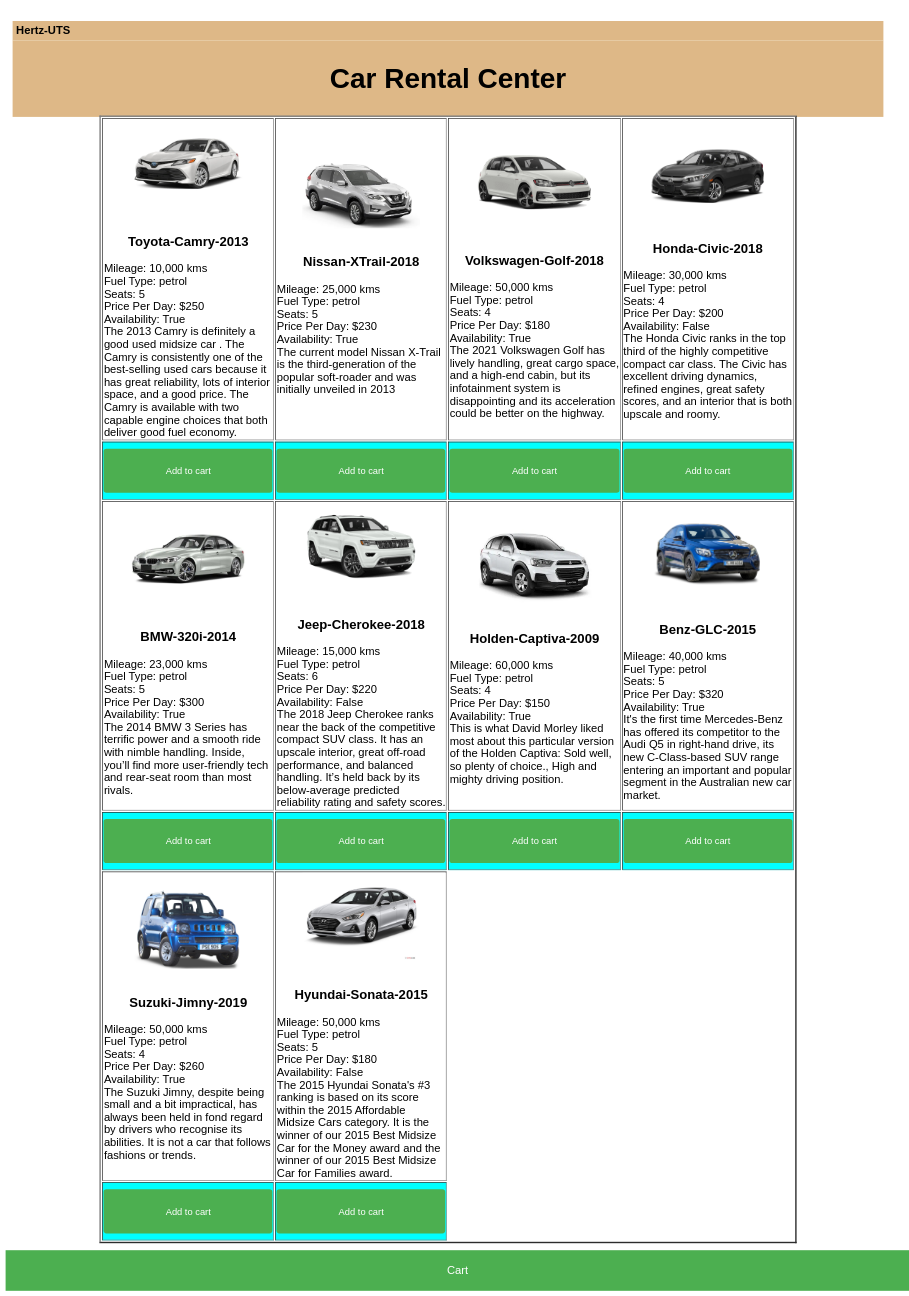
Repository: ThawZin-Raymond/31748-POTI-Car-Rental-System
Page: http://localhost/
The author's editor kept a record of every edit. The page is drawn from the files as they stood at one moment, then again after the next edit.
The browser window is 1280 px wide. The page is 1299 px wide, so the pictures cover 1299 px, including what lies to the right of the window. The pictures show the whole page, at 70% of full size.
The page is run by PHP 8.4 with error messages shown; the project is at /var/www/html/.

Above is the page before.

### index.php
<?php
session_start();
if(!isset($_SESSION['shoppingcart'])){
	$_SESSION['shoppingcart']=0;
	$_SESSION['count']=0;
}
?>

<!DOCTYPE html>
<html>
	<head>
		<script type="text/javascript" src="my.js"></script>
		<title>Car Rental Shop</title>

		<link rel = "stylesheet" href = "mystyle.css">

	</head>

	<body>
		<div class="top_bar">
			<div class="header_bar">
				<div class="header">
					<b>Hertz-UTS</b>
				</div>
				<div align="center" class="header">
					<h1>Car Rental Center</h1>
				</div>

			</div>
		</div>

		<div class="main_body">
			<table class="main_table" align ="center" border="2" width="80%">
				<tr>
					<td class="image_details">
						<img border="0" src="images/Camry.jpg" class="img"><br>
						<h3><a class="title">Toyota-Camry-2013</a></h3>
						<a class="category">Mileage: 10,000 kms</a><br>
						<a class="category">Fuel Type: petrol</a><br>
						<a class="category">Seats: 5</a><br>
						<a class="category">Price Per Day: $250</a><br>
						<a class="category">Availability: True</a><br>
						<a class="category"> The 2013 Camry is definitely a good used midsize car . The Camry is consistently one of the best-selling used cars because it has great reliability, lots of interior space, and a good price. The Camry is available with two capable engine choices that both deliver good fuel economy.</a>

						</td>

					<td  class="image_details" >
						<img border="0" src="images/X-trail.jpg" class="img"><br>
						<h3><a class="title">Nissan-XTrail-2018</a></h3>
						<a class="category">Mileage: 25,000 kms</a><br>
						<a class="category">Fuel Type: petrol</a><br>
						<a class="category">Seats: 5</a><br>
						<a class="category">Price Per Day: $230</a><br>
						<a class="category">Availability: True</a><br>
						<a class="category">The current model Nissan X-Trail is the third-generation of the popular soft-roader and was initially unveiled in 2013</a>
						</td>
					<td class="image_details" >
						<img border="0" src="images/Golf.jpg" class="img"><br>
						<h3><a class="title">Volkswagen-Golf-2018</a></h3>
						<a class="category">Mileage: 50,000 kms</a><br>
						<a class="category">Fuel Type: petrol</a><br>
						<a class="category">Seats: 4</a><br>
						<a class="category">Price Per Day: $180</a><br>
						<a class="category">Availability: True</a><br>
						<a class="category">The 2021 Volkswagen Golf has lively handling, great cargo space, and a high-end cabin, but its infotainment system is disappointing and its acceleration could be better on the highway.</a>
						</td>
					<td class="image_details" >
						<img border="0" src="images/Civic.jpg" class="img"><br>

						<h3><a class="title">Honda-Civic-2018</a></h3>
						<a class="category">Mileage: 30,000 kms</a><br>
						<a class="category">Fuel Type: petrol</a><br>
						<a class="category">Seats: 4</a><br>
						<a class="category">Price Per Day: $200</a><br>
						<a class="category">Availability: False</a><br>
						<a class="category">The Honda Civic ranks in the top third of the highly competitive compact car class. The Civic has excellent driving dynamics, refined engines, great safety scores, and an interior that is both upscale and roomy.</a></td>

						</td>
				<tr>
					<td class="addtocart_td" align="center">
						<form method="POST" action = cart.php onsubmit = "return ValidateAvailability()">
						<input type="hidden" id="ava[0]" name="ava" value="true">
						<input type="hidden" id="Model_year" name="Model_year" value="2013">
						<input type="hidden" id="Brand" name="Brand" value="Toyota">
						<input type="hidden" id="Model" name="Model" value="Camry">
						<input type="hidden" id="Price_per_day" name="Price_per_day" value="250">
						<input type="submit" id="Addcart" name="submit" value="Add to cart"></form>
					</td>
					<td class="addtocart_td" align="center">
						<form method="POST" action = cart.php onsubmit = "return ValidateAvailability1()">
						<input type="hidden" id="ava[1]" name="ava" value="true">
						<input type="hidden" id="Model_year" name="Model_year" value="2018">
						<input type="hidden" id="Brand" name="Brand" value="Nissan">
						<input type="hidden" id="Model" name="Model" value="X-trail">
						<input type="hidden" id="Price_per_day" name="Price_per_day" value="230">
						<input type="submit" id="Addcart" name="submit" value="Add to cart"></form>
					</td>
					<td class="addtocart_td" align="center">
						<form method="POST" action = cart.php onsubmit = "return ValidateAvailability2()">
						<input type="hidden" id="ava[2]" name="ava" value="true">
						<input type="hidden" id="Model_year" name="Model_year" value="2018">
						<input type="hidden" id="Brand" name="Brand" value="Volkswagen">
						<input type="hidden" id="Model" name="Model" value="Golf">
						<input type="hidden" id="Price_per_day" name="Price_per_day" value="180">
						<input type="submit" id="Addcart" name="submit" value="Add to cart"></form>
					</td>
					<td class="addtocart_td" align="center">
						<form method="POST" action = cart.php onsubmit = "return ValidateAvailability3()">
						<input type="hidden" id="ava[3]" name="ava" value="false">
						<input type="hidden" id="Model_year" name="Model_year" value="2018">
						<input type="hidden" id="Brand" name="Brand" value="Honda">
						<input type="hidden" id="Model" name="Model" value="Civic">
						<input type="hidden" id="Price_per_day" name="Price_per_day" value="200">
						<input type="submit" id="Addcart" name="submit" value="Add to cart"></form>
					</td>
				</tr>
				</tr>
					<td class="image_details" >
						<img border="0" src="images/320i.jpg" class="img"><br>
						<h3><a class="title">BMW-320i-2014</a></h3>
						<a class="category">Mileage: 23,000 kms</a><br>
						<a class="category">Fuel Type: petrol</a><br>
						<a class="category">Seats: 5</a><br>
						<a class="category">Price Per Day: $300</a><br>
						<a class="category">Availability: True</a><br>
						<a class="category"> The 2014 BMW 3 Series has terrific power and a smooth ride with nimble handling. Inside, you’ll find more user-friendly tech and rear-seat room than most rivals.</a>

					</td>
					<td class="image_details" >
						<img border="0" src="images/Cherokee.jpg" class="img"><br>
						<h3><a class="title">Jeep-Cherokee-2018</a></h3>
						<a class="category">Mileage: 15,000 kms</a><br>
						<a class="category">Fuel Type: petrol</a><br>
						<a class="category">Seats: 6</a><br>
						<a class="category">Price Per Day: $220</a><br>
						<a class="category">Availability: False</a><br>
						<a class="category">The 2018 Jeep Cherokee ranks near the back of the competitive compact SUV class. It has an upscale interior, great off-road performance, and balanced handling. It’s held back by its below-average predicted reliability rating and safety scores.</a>

					</td>
					<td class="image_details" >
						<img border="0" src="images/Captiva.jpg" class="img"><br>
						<h3><a class="title">Holden-Captiva-2009</a></h3>
						<a class="category">Mileage: 60,000 kms</a><br>
						<a class="category">Fuel Type: petrol</a><br>
						<a class="category">Seats: 4</a><br>
						<a class="category">Price Per Day: $150</a><br>
						<a class="category">Availability: True</a><br>
						<a class="category">This is what David Morley liked most about this particular version of the Holden Captiva: Sold well, so plenty of choice., High and mighty driving position.</a>
					</td>
					<td class="image_details" >
						<img border="0" src="images/GLC.jpg" class="img"><br>
						<h3><a class="title">Benz-GLC-2015</a></h3>
						<a class="category">Mileage: 40,000 kms</a><br>
						<a class="category">Fuel Type: petrol</a><br>
						<a class="category">Seats: 5</a><br>
						<a class="category">Price Per Day: $320</a><br>
						<a class="category">Availability: True</a><br>
						<a class="category">It's the first time Mercedes-Benz has offered its competitor to the Audi Q5 in right-hand drive, its new C-Class-based SUV range entering an important and popular segment in the Australian new car market.</a>

					</td>
				<tr>
					<td class="addtocart_td" align="center">
						<form method="POST" action="cart.php" onsubmit="return ValidateAvailability4();">
						<input type="hidden" id="ava[4]" name="ava" value="true">
						<input type="hidden" id="Model_year" name="Model_year" value="2014">
						<input type="hidden" id="Brand" name="Brand" value="BMW">
						<input type="hidden" id="Model" name="Model" value="320i">
						<input type="hidden" id="Price_per_day" name="Price_per_day" value="300">

						<input type="submit" id="submit" name="submit" value="Add to cart">
						</form>
					</td>
					<td class="addtocart_td" align="center">
						<form method="POST" action = cart.php onsubmit = "return ValidateAvailability5()">
						<input type="hidden" id="ava[5]" name="ava" value="false">
						<input type="hidden" id="Model_year" name="Model_year" value="2018">
						<input type="hidden" id="Brand" name="Brand" value="Jeep">
						<input type="hidden" id="Model" name="Model" value="Cherokee">
						<input type="hidden" id="Price_per_day" name="Price_per_day" value="220">
						<input type="submit" id="Addcart" name="submit" value="Add to cart">
						</form>
					</td>
					<td class="addtocart_td" align="center">
						<form method="POST" action = cart.php onsubmit = "return ValidateAvailability6()">
						<input type="hidden" id="ava[6]" name="ava" value="true">
						<input type="hidden" id="Model_year" name="Model_year" value="2009">
						<input type="hidden" id="Brand" name="Brand" value="Holden">
						<input type="hidden" id="Model" name="Model" value="Captiva">
						<input type="hidden" id="Price_per_day" name="Price_per_day" value="150">
						<input type="submit" id="Addcart" name="submit" value="Add to cart">
						</form>
					</td>
					<td class="addtocart_td" align="center">
						<form method="POST" action = cart.php onsubmit = "return ValidateAvailability7()">
						<input type="hidden" id="ava[7]" name="ava" value="true">
						<input type="hidden" id="Model_year" name="Model_year" value="2015">
						<input type="hidden" id="Brand" name="Brand" value="Benz">
						<input type="hidden" id="Model" name="Model" value="GLC">
						<input type="hidden" id="Price_per_day" name="Price_per_day" value="320">
						<input type="submit" id="Addcart" name="submit" value="Add to cart"></form>
					</td>

				</tr>
				<tr>
					<td class="image_details" >
						<img border="0" src="images/Jimny.jpg" class="img"><br>
						<h3><a class="title">Suzuki-Jimny-2019</a></h3>
						<a class="category">Mileage: 50,000 kms</a><br>
						<a class="category">Fuel Type: petrol</a><br>
						<a class="category">Seats: 4</a><br>
						<a class="category">Price Per Day: $260</a><br>
						<a class="category">Availability: True</a><br>
						<a class="category"> The Suzuki Jimny, despite being small and a bit impractical, has always been held in fond regard by drivers who recognise its abilities. It is not a car that follows fashions or trends.</a>
					</td>
					<td class="image_details" >
						<img border="0" src="images/Sonata.jpg" class="img"><br>
						<h3><a class="title">Hyundai-Sonata-2015</a></h3>
						<a class="category">Mileage: 50,000 kms</a><br>
						<a class="category">Fuel Type: petrol</a><br>
						<a class="category">Seats: 5</a><br>
						<a class="category">Price Per Day: $180</a><br>
						<a class="category">Availability: False</a><br>
						<a class="category">The 2015 Hyundai Sonata's #3 ranking is based on its score within the 2015 Affordable Midsize Cars category. It is the winner of our 2015 Best Midsize Car for the Money award and the winner of our 2015 Best Midsize Car for Families award.</a>

					</td>
				</tr>
				<tr >
					<td class="addtocart_td" align="center">
						<form method="POST" action = cart.php onsubmit = "return ValidateAvailability8()">
						<input type="hidden" id="ava[8]" name="ava" value="true">
						<input type="hidden" id="Model_year" name="Model_year" value="2019">
						<input type="hidden" id="Brand" name="Brand" value="Suzuki">
						<input type="hidden" id="Model" name="Model" value="Jimny">
						<input type="hidden" id="Price_per_day" name="Price_per_day" value="260">
						<input type="submit" id="Addcart" name="submit" value="Add to cart">
						</form>
					</td>
					<td class="addtocart_td" align="center">
						<form method="POST" action =cart.php onsubmit = "return ValidateAvailability9()">
						<input type="hidden" id="ava[9]" name="ava" value="true">
						<input type="hidden" id="Model_year" name="Model_year" value="2015">
						<input type="hidden" id="Brand" name="Brand" value="Hyundai">
						<input type="hidden" id="Model" name="Model" value="Sonata">
						<input type="hidden" id="Price_per_day" name="Price_per_day" value="180">
						<input type="submit" id="Addcart" name="submit" value="Add to cart">
						</form>
					</td>
				</tr>

			</table>
		</div>
		<div >
			<a  href="cart.php" align="center" class="button" >Cart</a>
		</div>


	</body>

</html>

### my.js

function ValidateAvailability(){

		var valid= document.getElementById("ava[0]").value;

		if (valid == "true"){
			alert("Successfully added to cart");
	    return true;
		}else if(valid =="false"){
			alert("Sorry,this car is unavailable now, Please try other cars.");
		return false;}

}

function ValidateAvailability1(){

		var valid1= document.getElementById("ava[1]").value;

	    if (valid1 == "true"){
			alert("Successfully added to cart");
	    return true;
		}else if(valid1 =="false"){
			alert("Sorry,this car is unavailable now, Please try other cars.");
		return false;}
}

function ValidateAvailability2(){

		var valid2= document.getElementById("ava[2]").value;

	    if (valid2 == "true"){
			alert("Successfully added to cart");
	    return true;
		}else if(valid2 =="false"){
			alert("Sorry,this car is unavailable now, Please try other cars.");
		return false;}
}

function ValidateAvailability3(){

		var valid3= document.getElementById("ava[3]").value;

	    if (valid3 == "true"){
			alert("Successfully added to cart");
	    return true;
		}else if(valid3 =="false"){
			alert("Sorry,this car is unavailable now, Please try other cars.");
		return false;}
}

function ValidateAvailability4(){

		var valid4= document.getElementById("ava[4]").value;

	    if (valid4 == "true"){
			alert("Successfully added to cart");
	    return true;
		}else if(valid4 =="false"){
			alert("Sorry,this car is unavailable now, Please try other cars.");
		return false;}

}

function ValidateAvailability5(){

		var valid5= document.getElementById("ava[5]").value;

	    if (valid5 == "true"){
			alert("Successfully added to cart");
	    return true;
		}else if(valid5 =="false"){
			alert("Sorry,this car is unavailable now, Please try other cars.");
		return false;}
}
function ValidateAvailability6(){

		var valid6= document.getElementById("ava[6]").value;

	    if (valid6 == "true"){
			alert("Successfully added to cart");
	    return true;
		}else if(valid6 =="false"){
			alert("Sorry,this car is unavailable now, Please try other cars.");
		return false;}
}

function ValidateAvailability7(){

		var valid7= document.getElementById("ava[7]").value;

	    if (valid7 == "true"){
			alert("Successfully added to cart");
	    return true;
		}else if(valid7 =="false"){
			alert("Sorry,this car is unavailable now, Please try other cars.");
		return false;}
}

function ValidateAvailability8(){

		var valid8= document.getElementById("ava[8]").value;

	    if (valid8 == "true"){
			alert("Successfully added to cart");
	    return true;
		}else if(valid8 =="false"){
			alert("Sorry,this car is unavailable now, Please try other cars.");
		return false;}
}

function ValidateAvailability9(){

		var valid9= document.getElementById("ava[9]").value;

	    if (valid9 == "true"){
			alert("Successfully added to cart");
	    return true;
		}else if(valid9 =="false"){
			alert("Sorry,this car is unavailable now, Please try other cars.");
		return false;}
}


function ValidationCart(){
	var symbols = "ABCDEFGHIJKLMNOPQRSTUVWXYZ";
	var quantity = document.getElementById("quantity").value;
	var count=document.getElementById("count").value;
	var i =0;
	var text="days";
	if (quantity == 0){
		alert("No car has been reserved");
		return true;
	}
	for (i=0;i<=count;i++){



		var days = document.getElementById(text+i).value;
		if (days <= 0){
			alert("day must be greater than 0");
			return false;
		}
	}
		return true;

}


function validationContact(){
	var name = document.getElementById("name").value;
	var email = document.getElementById("email").value;
	var address=document.getElementById("address").value;
	var city=document.getElementById("city").value;
	var state=document.getElementById("state").value;
	var country=document.getElementById("country").value;
	var post=document.getElementById("post").value;
	var email_regExp = RegExp(/^\w+([\.-]?\w+)*@\w+([\.-]?\w+)*(\.\w{2,3})+$/);


if( name ==""){
	alert("Please complete your name");
	return false;
}
if (email_regExp.exec(email)==null || email_regExp.exec(email) == ""){
    alert("Please check your email or complete it");
	return false;
 }

if (address ==""){
	alert("Please complete your address");
	return false;
}
if (city ==""){
	alert("Please complete your City");
	return false;
}
if (state ==""){
	alert("Please complete your State");
	return false;
}
if (country ==""){
	alert("Please complete your Country");
	return false;
   }
 if(post==""){
     alert("Please complete your PostCode");
     return false;
 }
return true;
}

### mystyle.css

.top_bar {
    background-color:white;
    padding:10px;
    margin:20px auto -22px auto;
}
body {
    font-family: Arial, Helvetica, sans-serif;
}

.header {
    padding: 5px;
    background: BurlyWood;
}
.header h1 {
    font-size: 40px;
}
.top_right {
    float:right;
}
.main_body {
    padding: 10px;
}
.img {
    width:70%;
    height:30%;
    display: block;
    margin-left: auto;
    margin-right: auto;
}

.image_details {
    background-color: white;
    width:100px;

}




.addtocart_td {
    background-color: cyan;
    width:100px;

}
input[type=submit] {
    width: 100%;
    background-color: #4CAF50;
    color: white;
    padding: 24px 24px;
    margin: 8px 0;
    border: none;
    border-radius: 4px;
    cursor: pointer;
}
input[type=submit]:hover {
  background-color: #45a049;

}

.button {
     background-color: #4CAF50;
     color: white;
     padding: 20px;
     width:99%;
     text-align: center;
     text-decoration: none;
     display: inline-block;

}


.button:hover {
  background-color: #45a049;

}


h3 {
    text-align: center;
}

.cart_table {
    width:70%;
}
.cart_img{
    width:10%;
    height:5%;
    display: block;
    margin-left: auto;
    margin-right: auto;
}

After the next edit:
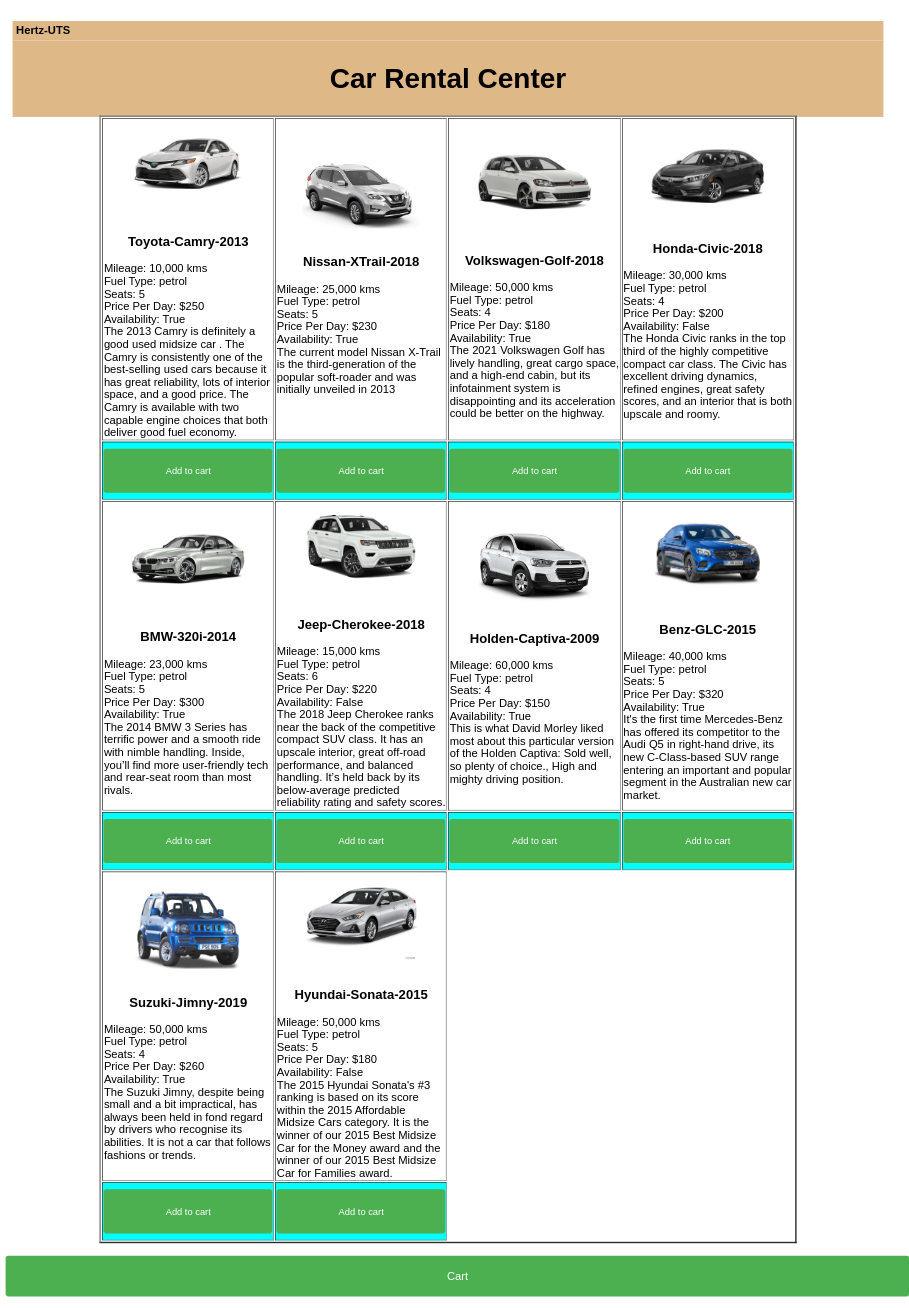
The edit:
--- a/mystyle.css
+++ b/mystyle.css
@@ -63,6 +63,9 @@
      color: white;
      padding: 20px;
      width:99%;
+     margin: 8px 0;
+
+     border-radius: 4px;
      text-align: center;
      text-decoration: none;
      display: inline-block;
